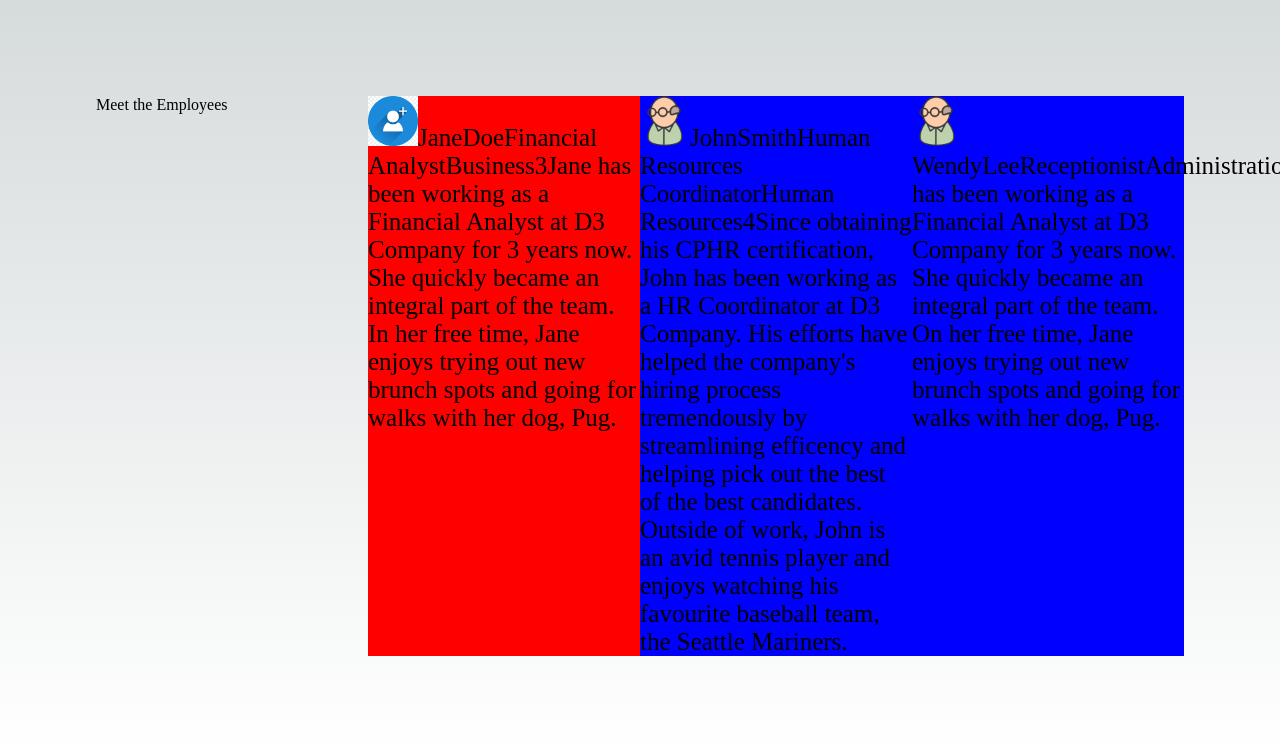
Repository: cheungglenda/MDIA2109-Week3
Page: /about
The author's editor kept a copy of each file at every save. The page is drawn from the files as they stood at one save, then again after the next save.
The browser window is 1280 px wide. The pictures show the whole page.
The project was rebuilt for these pictures with package versions that can differ from the ones it lists, and the page was loaded fresh each time. The framework's server and built-in components were replaced by stand-ins that run in the browser. Also part of the build but not shown: next.config.js.

Above is the page before, as saved 2023-01-19 17:27:24.

### pages/about.js
import Head from 'next/head'
import { Inter } from '@next/font/google'
import styles from '@/styles/Home.module.css'
import aboutData from '../data/about.json'
import { useState } from 'react'
import EmployeeCard  from '../components/EmployeeCard'
import Link from 'next/link'

export default function About() {

    const [aboutEmployees, setAboutEmployees] = useState([...aboutData])
    console.log(aboutData)
    return (
   <>
      <Head>
        <title>About Page</title>
        <meta name="description" content="Meet the Employees" />
        <meta name="viewport" content="width=device-width, initial-scale=1" />
        <link rel="icon" href="/favicon.ico" />
      </Head>
      <main className={styles.main}>

        <div className={styles.grid}>
          <div>Meet the Employees</div>
          {aboutEmployees && aboutEmployees.map((info, index) => {
            if(info.firstName.toLowerCase() === "jane") {
            return (
              <EmployeeCard
              key={index}
              firstname={info.firstName}
              lastname={info.lastName}
              jobtitle={info.jobTitle}
              department={info.department}
              yearsworked={info.yearsWorked}
              description={info.description}
              color="red" font="25px"/>
            )
          }
          })}

          {aboutEmployees && aboutEmployees.map((info, index) => {
            if(info.firstName.toLowerCase() === "john") {
            return (
              <EmployeeCard
              key={index}
              firstname={info.firstName}
              lastname={info.lastName}
              jobtitle={info.jobTitle}
              department={info.department}
              yearsworked={info.yearsWorked}
              description={info.description}
              color="blue" font="25px"/>
            )
          }
          })}

          {aboutEmployees && aboutEmployees.map((info, index) => {
            if(info.firstName.toLowerCase() === "wendy") {
            return (
              <EmployeeCard
              key={index}
              firstname={info.firstName}
              lastname={info.lastName}
              jobtitle={info.jobTitle}
              department={info.department}
              yearsworked={info.yearsWorked}
              description={info.description}
              color="blue" font="25px"/>
            )
          }
          })}
        </div>
      </main>
    </>
  )
}

### data/about.json
[
    {
        "firstName": "Jane",
        "lastName": "Doe",
        "department": "Business",
        "jobTitle": "Financial Analyst",
        "yearsWorked": 3,
        "description": "Jane has been working as a Financial Analyst at D3 Company for 3 years now. She quickly became an integral part of the team. In her free time, Jane enjoys trying out new brunch spots and going for walks with her dog, Pug."
    },
    {
        "firstName": "John",
        "lastName": "Smith",
        "department": "Human Resources",
        "jobTitle": "Human Resources Coordinator",
        "yearsWorked": 4,
        "description": "Since obtaining his CPHR certification, John has been working as a HR Coordinator at D3 Company. His efforts have helped the company's hiring process tremendously by streamlining efficency and helping pick out the best of the best candidates. Outside of work, John is an avid tennis player and enjoys watching his favourite baseball team, the Seattle Mariners."

    },
    {
        "firstName": "Wendy",
        "lastName": "Lee",
        "department": "Administration",
        "jobTitle": "Receptionist",
        "yearsWorked": 8,
        "description": "Jane has been working as a Financial Analyst at D3 Company for 3 years now. She quickly became an integral part of the team. On her free time, Jane enjoys trying out new brunch spots and going for walks with her dog, Pug."

    }
]

### components/EmployeeCard/index.js
export default function EmployeeCard({
    firstname = "none",
    lastname = "none",
    department = "none",
    jobtitle = "none",
    yearsworked = 0,
    description = "none",
    color = "pink",
    font = "O",
    image = "icon/personTwo.png"
}) {
    return (
        <div style={{backgroundColor: color, fontSize: font}}>
            {
                color === "pink" ? <img src={'icon/person.png'} width="50"/> :
                color === "blue" ? <img src={'icon/personThree.png'} width="50"/> :
                <img src={image} width="50"/>
            }
            {firstname}
            {lastname}
            {jobtitle}
            {department}
            {yearsworked}
            {description}
        </div>
    )
}

Loaded but not shown: pages/_app.js (common file); pages/_document.js (common file); styles/globals.css (common file); styles/Home.module.css (common file)

After the next save:
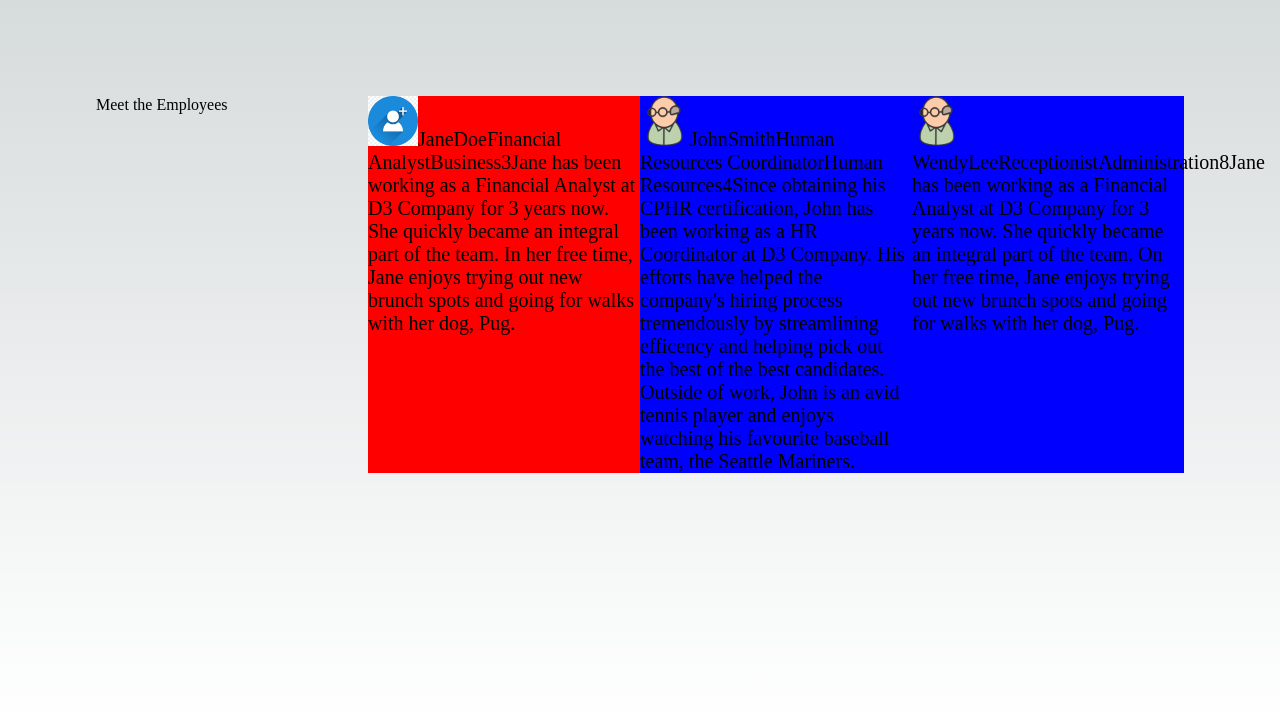
Saved 6 s later.
--- a/pages/about.js
+++ b/pages/about.js
@@ -33,7 +33,7 @@ export default function About() {
               department={info.department}
               yearsworked={info.yearsWorked}
               description={info.description}
-              color="red" font="25px"/>
+              color="red" font="20px"/>
             )
           }
           })}
@@ -49,7 +49,7 @@ export default function About() {
               department={info.department}
               yearsworked={info.yearsWorked}
               description={info.description}
-              color="blue" font="25px"/>
+              color="blue" font="20px"/>
             )
           }
           })}
@@ -65,7 +65,7 @@ export default function About() {
               department={info.department}
               yearsworked={info.yearsWorked}
               description={info.description}
-              color="blue" font="25px"/>
+              color="blue" font="20px"/>
             )
           }
           })}
